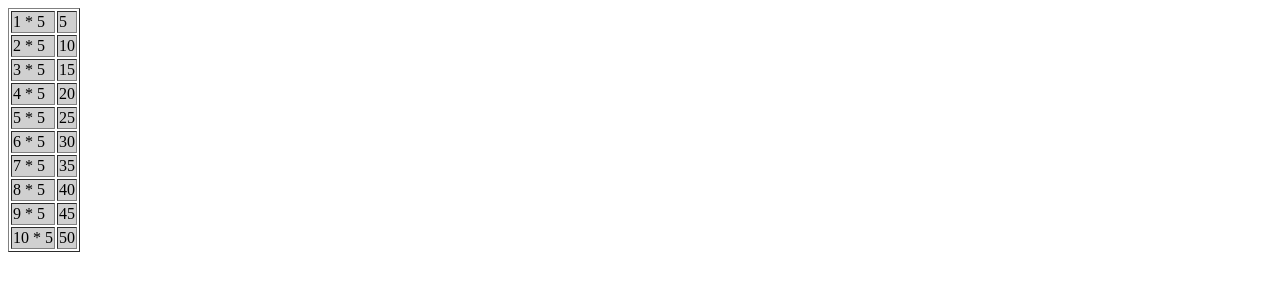
Repository: pedroblanch/ejerciciosPhp2021-2022
Page: http://localhost/tabla_multiplicar_3.php
These files come from the project's save history. The page is drawn as it stood at one moment and after the next save; the edit follows.
The browser window is 1280 px wide. The pictures show the whole page.
The page is run by PHP 8.4 with error messages shown; the project is at /var/www/html/.

Above is the page before, as saved 2021-12-17 12:37:28.

After the next save:
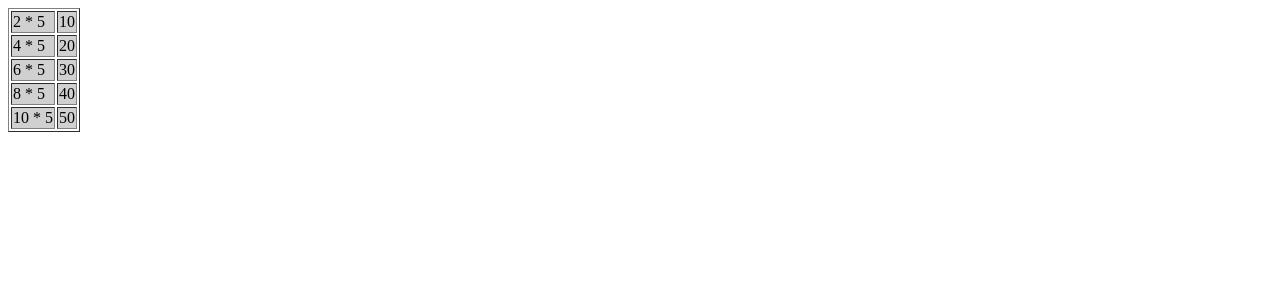
Saved 2 min 38 s later.
--- a/ejerciciosBasicos/tabla_multiplicar_3.php
+++ b/ejerciciosBasicos/tabla_multiplicar_3.php
@@ -2,7 +2,9 @@
 <?php
 for($i=1;$i<=10;$i++){
   $resultado=$i*5;
-  echo("<tr style='background-color: #d0d0d0'><td>$i * 5</td><td>$resultado</td></tr>");
-}
+  if(($i%2)==0){  //el numero es par
+    echo("<tr style='background-color: #d0d0d0'><td>$i * 5</td><td>$resultado</td></tr>");
+  }
+ }
 ?>
 </table>
